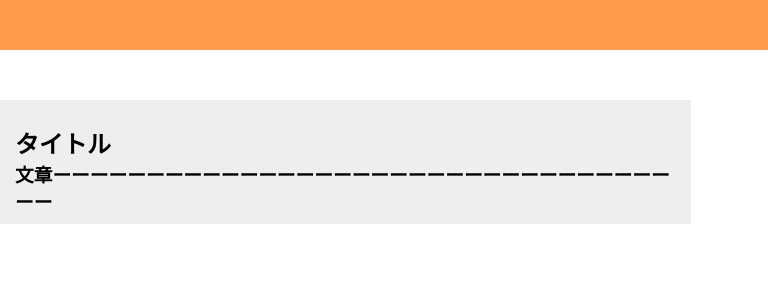
Repository: yuu3176/theme1
Page: 1-9-2/1-9-2.html
The author's editor kept a record of every edit. The page is drawn from the files as they stood at one moment, then again after the next edit.
The browser window is 768 px wide. The pictures show the whole page.

Above is the page before.

After the next edit:
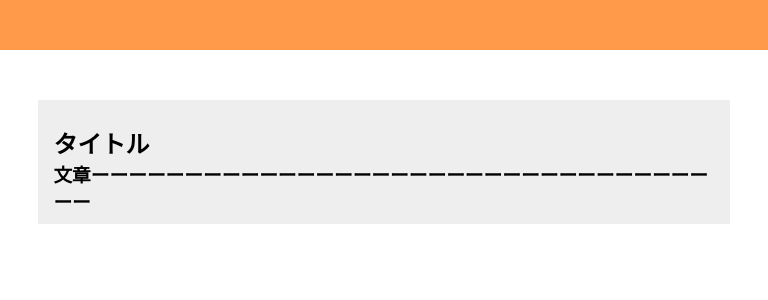
The edit:
--- a/1-9-2/1-9-2.css
+++ b/1-9-2/1-9-2.css
@@ -79,6 +79,8 @@
   .box{
     width: 90%;
     margin-bottom: 20px;
+    margin-left: 5%;
+    margin-right: 5%;
   }
 
   .box:last-child{
